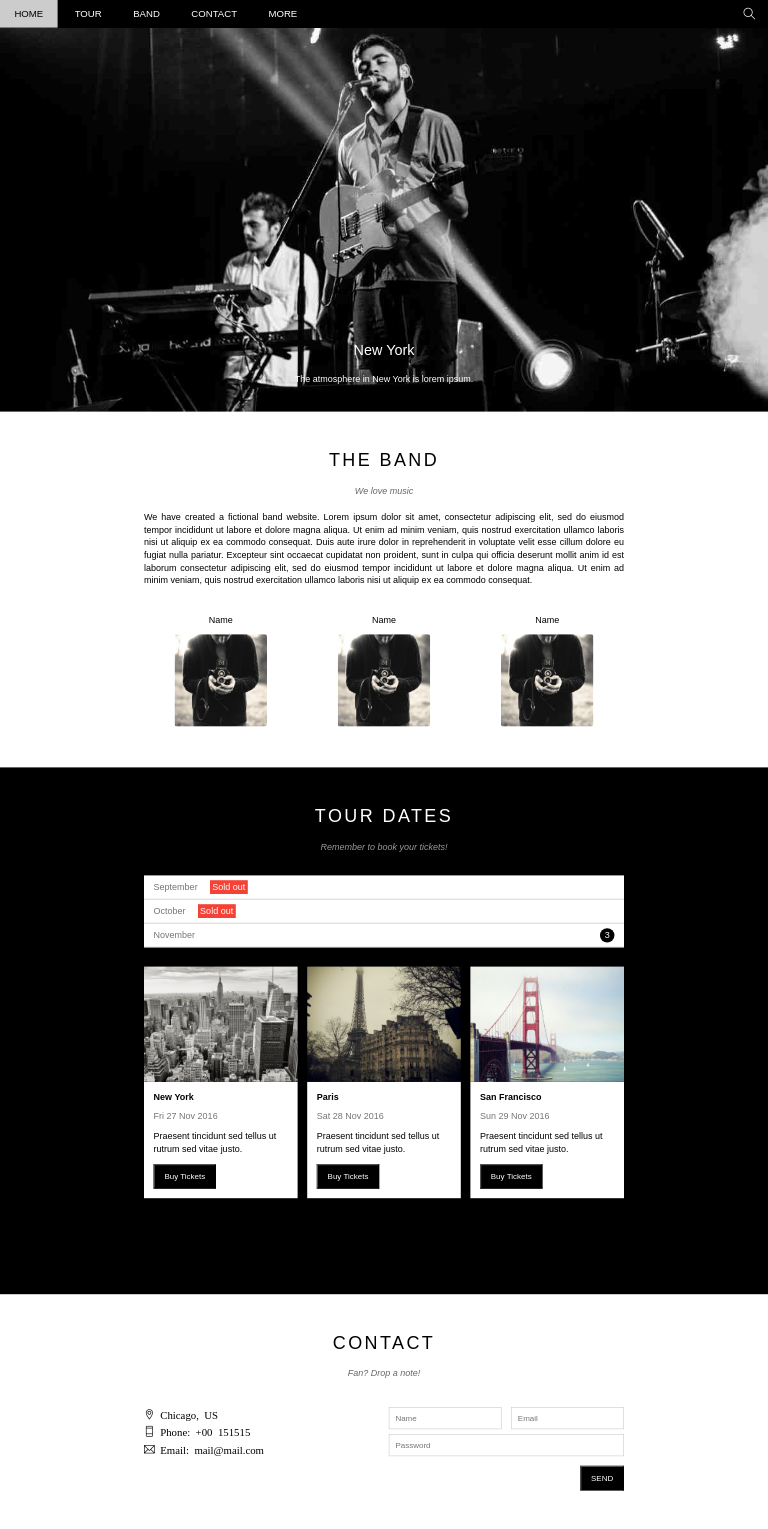
Repository: duyhung0311/band_music
Page: index.html
These files come from the project's save history. The page is drawn as it stood at one moment and after the next save; the edit follows.
The browser window is 1280 px wide. The pictures show the whole page, at 60% of full size.

Above is the page before, as saved 2021-08-15 13:14:18.

### index.html
<!DOCTYPE html>
<html lang="en">
  <head>
    <meta charset="UTF-8" />
    <meta http-equiv="X-UA-Compatible" content="IE=edge" />
    <meta name="viewport" content="width=device-width, initial-scale=1.0" />
    <title>Document</title>
    <link rel="stylesheet" href="assets/css/style.css" />
    <link
      rel="stylesheet"
      href="./assets/fonts/themify-icons/themify-icons.css"
    />
  </head>
  <body>
    <div id="main">
      <div id="header">
        <!--#ul>li*5>a  -->
        <!-- Begin : Nav -->
        <ul id="nav">
          <li><a href="">Home</a></li>
          <li><a href="">Tour</a></li>
          <li><a href="">Band</a></li>
          <li><a href="">Contact</a></li>
          <li>
            <a href="">
              More
              <i class="nav-arrow-down ti-angle-dow"></i>
            </a>
            <ul class="subnav">
              <li><a href="">Merchandise</a></li>
              <li><a href="">Extras</a></li>
              <li><a href="">Media</a></li>
            </ul>
          </li>
        </ul>
        <!-- End : Nav -->

        <!-- Begin :Search button -->
        <div class="search-btn">
          <i class="search-icon ti-search"></i>
        </div>
        <!-- End :Search button -->
      </div>

      <div id="slider">
        <div class="text-content">
          <h2 class="text-heading">New York</h2>
          <div class="text-description">
            The atmosphere in New York is lorem ipsum.
          </div>
        </div>
      </div>

      <div id="content">
        <!-- About section -->
        <div class="content-section">
          <h2 class="section-heading">THE BAND</h2>
          <p class="section-sub-heading">We love music</p>
          <p class="about-content">
            We have created a fictional band website. Lorem ipsum dolor sit
            amet, consectetur adipiscing elit, sed do eiusmod tempor incididunt
            ut labore et dolore magna aliqua. Ut enim ad minim veniam, quis
            nostrud exercitation ullamco laboris nisi ut aliquip ex ea commodo
            consequat. Duis aute irure dolor in reprehenderit in voluptate velit
            esse cillum dolore eu fugiat nulla pariatur. Excepteur sint occaecat
            cupidatat non proident, sunt in culpa qui officia deserunt mollit
            anim id est laborum consectetur adipiscing elit, sed do eiusmod
            tempor incididunt ut labore et dolore magna aliqua. Ut enim ad minim
            veniam, quis nostrud exercitation ullamco laboris nisi ut aliquip ex
            ea commodo consequat.
          </p>

          <div class="row members-list">
            <div class="col col-third text-center">
              <p class="member-name">Name</p>
              <img
                src="./assets/img/ban/member1.jpg"
                alt=""
                class="member-avatar"
              />
            </div>

            <div class="col col-third text-center">
              <p class="member-name">Name</p>
              <img
                src="./assets/img/ban/member1.jpg"
                alt=""
                class="member-avatar"
              />
            </div>

            <div class="col col-third text-center">
              <p class="member-name">Name</p>
              <img
                src="./assets/img/ban/member1.jpg"
                alt=""
                class="member-avatar"
              />
            </div>

            <div class="clear"></div>
          </div>
        </div>

        <!-- Tour section -->
        <div class="tour-section">
          <div class="content-section">
            <h2 class="section-heading text-white">TOUR DATES</h2>
            <p class="section-sub-heading text-white">
              Remember to book your tickets!
            </p>

            <!-- Ticket list -->
            <ul class="ticket-list">
              <li>September <span class="sold-out">Sold out</span></li>
              <li>October <span class="sold-out">Sold out</span></li>
              <li>November <span class="quantity">3</span></li>
            </ul>

            <!-- Place list -->
            <div class="row places-list">
              <div class="col col-third">
                <img
                  src="./assets//img/place/place1.jpg"
                  alt="New York"
                  class="place-img"
                />
                <div class="place-body">
                  <h3 class="place-heading">New York</h3>
                  <p class="place-time">Fri 27 Nov 2016</p>
                  <p class="place-description">
                    Praesent tincidunt sed tellus ut rutrum sed vitae justo.
                  </p>
                  <button class="btn js-buy-ticket">
                    Buy Tickets
                  </button>
                </div>
              </div>

              <div class="col col-third">
                <img
                  src="./assets//img/place/place2.jpg"
                  alt="Paris"
                  class="place-img"
                />
                <div class="place-body">
                  <h3 class="place-heading">Paris</h3>
                  <p class="place-time">Sat 28 Nov 2016</p>
                  <p class="place-description">
                    Praesent tincidunt sed tellus ut rutrum sed vitae justo.
                  </p>
                  <button class="btn js-buy-ticket">
                    Buy Tickets
                  </button>
                </div>
              </div>
              <div class="col col-third">
                <img
                  src="./assets//img/place/place3.jpg"
                  alt="San Francisco"
                  class="place-img"
                />
                <div class="place-body">
                  <h3 class="place-heading">San Francisco</h3>
                  <p class="place-time">Sun 29 Nov 2016</p>
                  <p class="place-description">
                    Praesent tincidunt sed tellus ut rutrum sed vitae justo.
                  </p>
                  <button class="btn js-buy-ticket">
                    Buy Tickets
                  </button>
                </div>
              </div>
              <div class="clear"></div>
            </div>
          </div>
        </div>

        <!-- Tour section -->
        <div class="content-section">
          <h2 class="section-heading">CONTACT</h2>
          <p class="section-sub-heading">Fan? Drop a note!</p>
          <div class="row contact-content">
            <div class="col col-half contact-info">
              <p><i class="ti-location-pin"> Chicago, US </i></p>
              <p><i class="ti-mobile"> Phone: +00 151515 </i></p>
              <p><i class="ti-email"> Email: mail@mail.com </i></p>
            </div>
            <div class="col col-half  contact-form">
              <form action="">
                <div class="row">
                  <div class="col col-half">
                    <input
                      type="text"
                      name=""
                      required
                      id=""
                      placeholder="Name"
                      class="form-control"
                    />
                  </div>
                  <div class="col col-half">
                    <input
                      type="email"
                      name=""
                      required
                      id=""
                      placeholder="Email"
                      class="form-control"
                    />
                  </div>
                </div>
                <div class="row mt-8">
                   <div class="col col-full">
                    <input
                      type="password"
                      name=""
                      required
                      id=""
                      placeholder="Password"
                      class="form-control"
                    />
                  </div>
                </div>
                <input type="submit" value="SEND" class="btn pull-right mt-16">
              </form>
            </div>
          </div>
        </div>
      </div>

      <div id="footer"></div>
    </div>
    <div class="modal js-modal">
      <div class="modal-container js-modal-container">
        <div class="modal-close js-modal-close">
          <i class="ti-close"></i>
        </div>
        <header class="modal-header">
          <i class="modal-heading-icon ti-bag"></i>
          Tickets
        </header>
        <div class="modal-body">
          <label for="ticket-quantity" class="modal-label">
            <i class="ti-shopping-cart"></i>
            Tickets, $15 per person
          </label>
          <input
            id="quantity"
            type="text"
            placeholder="How many?"
            class="modal-input"
          />

          <label for="email" class="modal-label">
            <i class="ti-user"></i>
            Send To
          </label>
          <input
            id="email"
            type="text"
            placeholder="Email"
            class="modal-input"
          />
          <button id="buy-tickets">Pay <i class="ti-check"></i></button>
        </div>
        <footer class="modal-footer">
          <p class="modal-help">Need <a href="">help?</a></p>
        </footer>
      </div>
    </div>
    <script>
      const buyBtns = document.querySelectorAll(".js-buy-ticket");
      const modal = document.querySelector(".modal");
      const modalClose = document.querySelector(".js-modal-close");
      const modalContainer = document.querySelector(".js-modal-container");
      // Hàm hiển thị modal
      function showBuyTickets() {
        modal.classList.add("open");
      }
      // Hàm ẩn đi modal mua vé
      function showCloseTickets() {
        modal.classList.remove("open");
      }
      for (const buyBtn of buyBtns) {
        buyBtn.addEventListener("click", showBuyTickets);
      }
      modalClose.addEventListener("click", showCloseTickets);
      modal.addEventListener("click", showCloseTickets);
      modalContainer.addEventListener("click", function (event) {
        event.stopPropagation();
      });
    </script>
  </body>
</html>

### assets/css/style.css
/*Reset CSS*/
* {
  padding: 0;
  margin: 0;
  box-sizing: border-box;
}
html {
  font-family: Arial, Helvetica, sans-serif;
}
/*
    1. Từ ngoài vào trong
    2. Từ trên xuống dưới
    3. Từ tổng quan đến chi tiết
*/
/*
    1. Vị trí
    2. Kích thước (width height)
    3. Màu sắc
    4. Kiểu dáng (kiểu chữ, hình tròn, vuông, ....)
*/
.clear{
    clear: both;
}
.text-center {
    text-align: center !important;
}
.text-white {
    color: #fff !important;
}
.mt-8 {
    margin-top: 8px !important;
}
.mt-16 {
    margin-top: 16px !important;
}
.btn{
    color: #fff;
    background :#000;
    text-decoration: none;
    padding:11px 16px;
    display: inline-block;
    margin-top: 15px;
}
.pull-right {
    float: right !important;
}
 .btn:hover{
     cursor: pointer;
    color: #000;
    background: #ccc;
}
#main {
}
#header {
  position: fixed;
  top: 0;
  left: 0;
  right: 0;
  z-index: 1;
  height: 46px;
  background-color: #000;
}

#nav {
  display: inline-block;
}

/* cách bỏ dấu chấm đầu dòng của thằng ul */
#nav,
.subnav {
  list-style-type: none;
}

#nav > li {
  display: inline-block;
}
#nav li {
  /* inline là trên 1 hàng block giữ lại kích thước khối */
  position: relative;
}

#nav > li > a {
  color: #fff;
  text-transform: uppercase;
}

#nav li a {
  text-decoration: none;
  line-height: 46px;
  padding: 0 24px;
  display: block;
  /* inline k tính chiều cao và chiều rộng được */
}

#nav li:hover .subnav {
  display: block;
}

#nav > li:hover > a,
#nav .subnav li:hover a {
  color: #000;
  background-color: #ccc;
}

#nav .subnav {
  display: none;
  min-width: 160px;
  position: absolute;
  top: 100%;
  /* top = 100% là nó lấy chính chiều cao
    100% của chính nó */
  left: 0;
  background-color: #fff;
  box-shadow: 0 0 10px rgba(0, 0, 0, 0.3);
}

#nav .subnav a {
  color: #000;
  padding: 0 12px;
  line-height: 38px;
}

#nav .nav-arrow-down {
  font-size: 14px;
}

#header .search-btn {
  float: right;
  padding: 0 21px;
  cursor: pointer;
}

#header .search-btn:hover {
  background-color: #f44336;
}

#header .search-icon {
  color: #fff;
  font-size: 20px;
  line-height: 46px;
}

#slider {
    position: relative;
    margin-top: 46px;
    padding-top: 50%;
    background:url('./../img/slider/slider1.jpg') top center / cover no-repeat;
}
#slider .text-content   {
    position: absolute;
    bottom: 46px;
    left: 50%;
    color: #fff;
    transform: translateX(-50%);
    text-align: center;
}

#slider .text-heading   {
    font-weight: 500;
    font-size: 24px;
}

#slider .text-description   {
    font-size: 15px;
    margin-top: 25px;
}

#content {

}

#content .content-section{
    width: 800px;
    margin: 0 auto;
    padding: 64px 0;
}

#content .section-heading {
    font-size: 30px;
    font-weight: 500;
    letter-spacing: 4px;
}

#content .section-sub-heading,
#content .about-content {
    margin-top: 25px;
    font-size: 15px;
}

#content .section-heading,
#content .section-sub-heading {
    text-align: center;
}

#content .section-sub-heading {
    font-style: italic;
    opacity: 0.6;
}

#content .about-content {
    text-align: justify;
    line-height: 1.4;
}

#content .members-list {
    margin-top: 48px;
    /* overflow: hidden; */
}

#content .member-item {
    text-align: center;
}

#content .member-name {
    font-size: 15px;
}

#content .member-avatar {
    width: 154px;
    margin-top:15px;
    border-radius: 4px;
}
/* Tour section */
.tour-section {
    background: #000;
}

.ticket-list li {
    color: #757575;
    font-size: 15px;
    padding: 11px 16px;
    border-bottom: 1px solid #bbb;
    list-style-type: none;
}

.ticket-list {
    background:#fff;
    margin-top: 40px;
}


.ticket-list .sold-out {
    color: #fff;
    background: #f44336;
    padding: 3px 4px;
    margin-left: 16px;
}

.ticket-list .quantity {
    float: right;
    margin-top: -3px;
    width: 24px;
    height: 24px;
    background:#000;
    color: #fff;
    border-radius: 50%;
    text-align: center;
    line-height: 24px;
}
.places-list{
    margin-top: 32px;
    margin-bottom: 48px;
    padding-bottom: 48px;
}

/* .places-list .place-item{ */
    /* float: left;
    padding: 0 8px; */
    /* width: calc(100%/3); */
/* } */
.places-list .place-img{
    width: 100%;
    display: block;
}
.places-list .place-img:hover{
    opacity: 0.6;
}
.places-list .place-body{
    padding: 16px;
    background-color: #fff;
    font-size: 15px;
}
.place-body .place-heading{
    font-size: 15px;
    font-weight:600;
}
.place-body .place-time{
    margin-top: 15px;
    color: #757575;
}
.place-body .place-description{
    margin-top: 15px;
    line-height: 1.4;
}
/* Footer section */
#footer {
}
.modal{
    position: fixed;
    top: 0;
    bottom: 0;
    left: 0;
    right: 0;
    background: rgba(0,0,0,0.3);
    display: none;
    align-items: center;
    justify-content: center;
}
.modal.open {
    display: flex;
}
.modal .modal-container {
    background: #fff;
    width: 900px;
    min-height: 200px;
    max-width: calc(100% - 32px);
    animation: modalFadeIn ease-in .5s;
}
.modal .modal-header{
    background: #009688;
    height: 130px;
    display: flex;
    align-items: center;
    justify-content: center;
    font-size: 30px;
    color: #fff;
}
.modal-header .modal-heading-icon {
    margin-right: 16px;
}
.modal .modal-container {
    position: relative;
}
.modal-container .modal-close {
    position: absolute;
    top: 0;
    right: 0;
    padding: 12px;
    cursor: pointer;
    opacity: 0.9;
}
.modal-container .modal-close:hover {
    opacity: 1;
}
.modal-container .modal-body {
    padding: 16px;
}
.modal-body .modal-label {
    display: block;
    font-size: 15px;
    margin-bottom: 12px;
}
.modal-body .modal-input {
    border:1px solid #ccc;
    width: 100%;
    padding: 10px;
    font-size: 15px;
    margin-bottom: 24px;
}
.modal-body #buy-tickets{
      background: #009688;
      border: none;
      color:#fff;
      width: 100%;
      text-transform: uppercase;
      padding:18px;
      cursor: pointer;
}
.modal-body #buy-tickets:hover {
    opacity: 0.9;
}
.modal-footer{
    padding: 16px;
    text-align: right;
}
.modal-footer a {
    color: #2196f3;
}
.row {
    margin-left: -8px;
    margin-right: -8px;
}
.row::after {
    content :"";
    display: block;
    clear: both;
}
.col {
    padding-left: 8px;
    padding-right: 8px;
    float: left;
}
.col-third {
    width:calc(100% / 3)
}
.col-half {
    width:50%;
}
.col-full {
    width:100%;
}
.contact-content{
    margin-top: 48px;
}
.contact-info {
    font-size: 18px;
    line-height: 1.6;
}
.contact-info i[class*="ti-"]  {
    width: 30px;
}
.contact-form{
    font-size: 15px;
}
.contact-form .form-control {
    padding : 10px;
    border: 1px solid #ccc;
    width: 100%;
}
/* .contact-form .form-submit-btn {
    background: #000;
    color: #fff;
    border: 1px solid #000;
    padding: 10px 16px;
    float: right;
} */
@keyframes modalFadeIn {
    from {
        transform: translateY(-140px);
        opacity: 0;
    }
    to {
        transform: translateY(0);
        opacity: 1;
    }
}

Loaded but not shown: assets/fonts/themify-icons/themify-icons.css (common file)

After the next save:
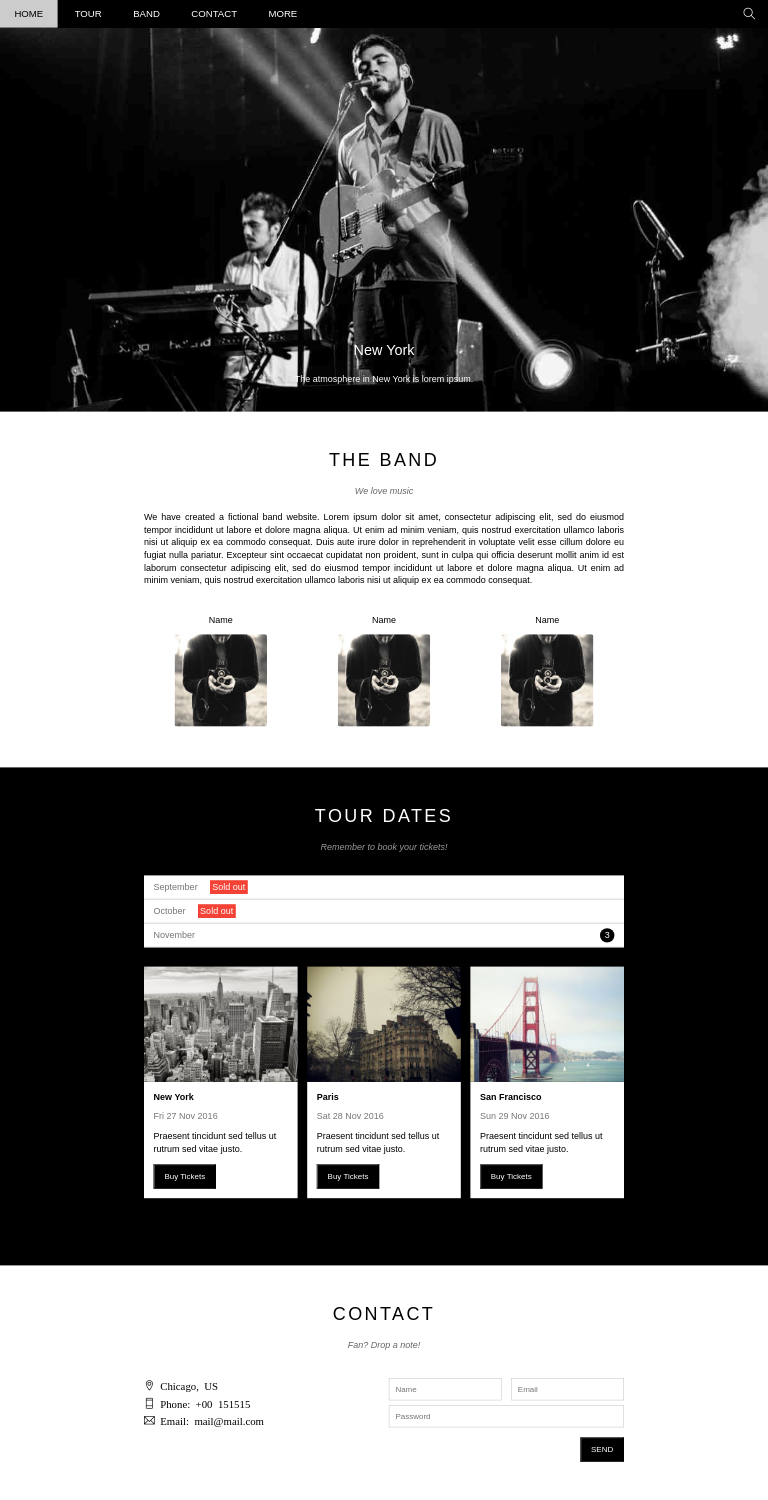
Saved 112 s later.
--- a/assets/css/style.css
+++ b/assets/css/style.css
@@ -259,7 +259,7 @@
 }
 .places-list{
     margin-top: 32px;
-    margin-bottom: 48px;
+    /* margin-bottom: 48px; */
     padding-bottom: 48px;
 }
 
